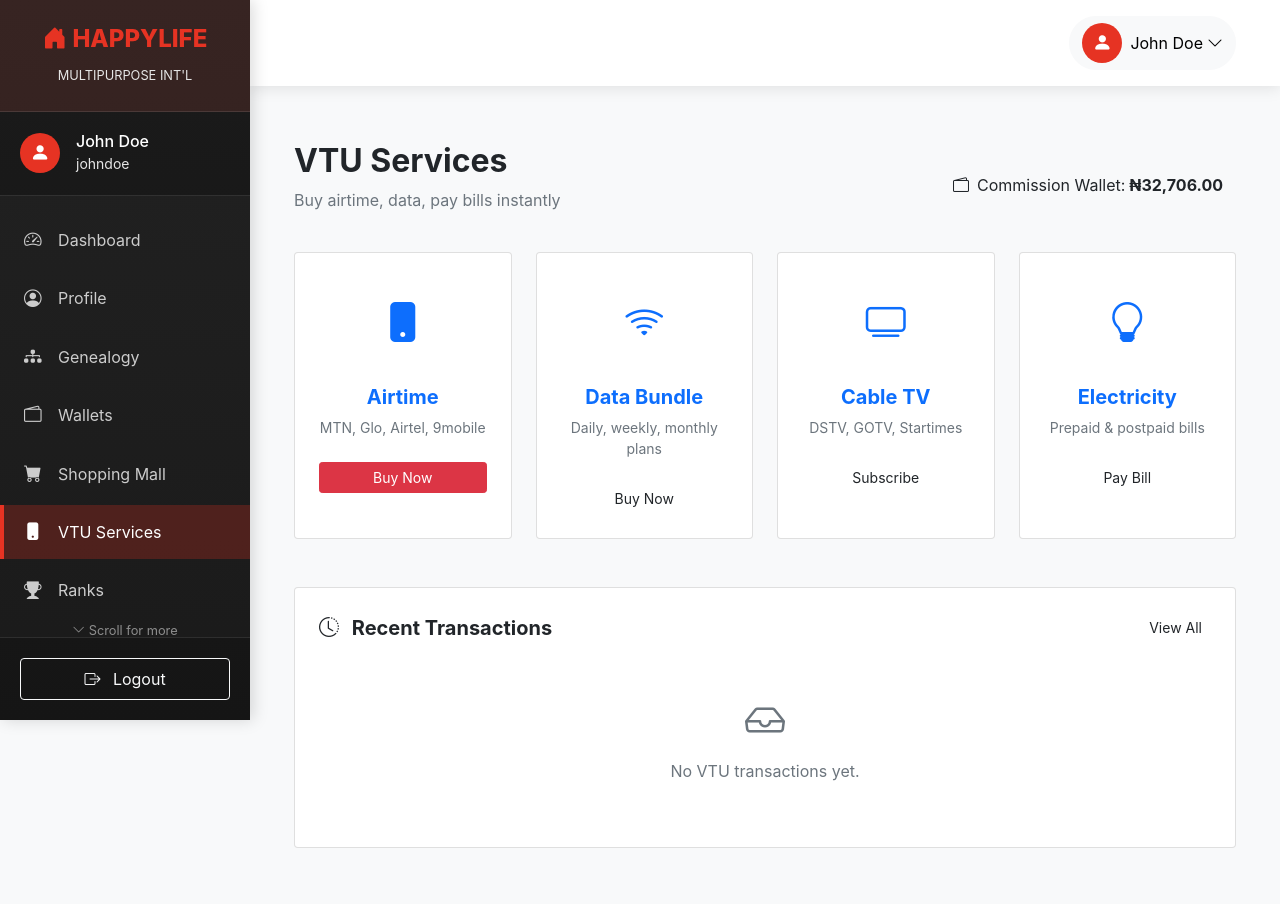
Repository: YackswebCode/happylife
Page: http://localhost/member/vtu
These files come from the project's save history. The page is drawn as it stood at one moment and after the next save; the edit follows.
The browser window is 1280 px wide. The pictures show the whole page.
The page is served by the project's Laravel application, run on PHP 8.4 with Laravel 12. The first stored user is signed in. Other server files are loaded and not shown. The database holds what the project's SQL file puts in it. Queries for data that is not in the repository find no rows.

Above is the page before, as saved 2026-03-04 12:32:31.

### routes/web.php
<?php

use Illuminate\Support\Facades\Route;
use App\Http\Controllers\LandingController;
use App\Http\Controllers\Auth\RegisterController;
use App\Http\Controllers\Auth\LoginController;
use App\Http\Controllers\Auth\VerifyController;
use App\Http\Controllers\Auth\PaymentController;
use App\Http\Controllers\Member\GenealogyController;
use App\Http\Controllers\Member\WalletController;
use App\Http\Controllers\Auth\ForgotPasswordController;
use App\Http\Controllers\LocationController;
use App\Http\Controllers\ReferralController;
use App\Http\Controllers\Member\SupportController;
use App\Http\Controllers\Member\AnnouncementController;


/*
|--------------------------------------------------------------------------
| LANDING PAGES
|--------------------------------------------------------------------------
*/
Route::get('/', [LandingController::class, 'index'])->name('home');
Route::get('/about', [LandingController::class, 'about'])->name('about');
Route::get('/contact', [LandingController::class, 'contact'])->name('contact');
Route::get('/faq', [LandingController::class, 'faq'])->name('faq');

/*
|--------------------------------------------------------------------------
| AUTHENTICATION
|--------------------------------------------------------------------------
*/
Route::get('/register', [RegisterController::class, 'showRegistrationForm'])->name('register');
Route::post('/register', [RegisterController::class, 'register'])->name('register.post');
Route::get('/check-username/{username}', [RegisterController::class, 'checkUsername']);
Route::get('/check-referral/{code}', [RegisterController::class, 'checkReferralCode']);

Route::get('/login', [LoginController::class, 'showLoginForm'])->name('login');
Route::post('/login', [LoginController::class, 'login'])->name('login.post');
Route::post('/logout', [LoginController::class, 'logout'])->name('logout');

/*
|--------------------------------------------------------------------------
| EMAIL VERIFICATION
|--------------------------------------------------------------------------
*/
Route::get('/email/verify', [VerifyController::class, 'showVerifyForm'])->name('verification.notice');
Route::post('/email/verify', [VerifyController::class, 'verify'])->name('verification.verify');
Route::post('/email/verify/resend', [VerifyController::class, 'resend'])->name('verification.resend');

/*
|--------------------------------------------------------------------------
| PAYMENT (AFTER AUTH + VERIFICATION)
|--------------------------------------------------------------------------
*/
Route::middleware(['auth', 'verified'])->group(function () {
    Route::get('/payment', [PaymentController::class, 'showPayment'])->name('payment.show');
    Route::post('/payment/bank-transfer', [PaymentController::class, 'processBankTransfer'])->name('payment.bank-transfer');
    Route::post('/payment/activate', [PaymentController::class, 'activateUser'])->name('payment.activate');
});

/*
|--------------------------------------------------------------------------
| REDIRECT DASHBOARD
|--------------------------------------------------------------------------
*/
Route::middleware(['auth', 'verified'])->get('/dashboard', function () {
    return redirect()->route('member.dashboard');
});

/*
|--------------------------------------------------------------------------
| MEMBER ROUTES
|--------------------------------------------------------------------------
*/
Route::prefix('member')->name('member.')->middleware(['auth', 'verified'])->group(function () {
    // Genealogy
    Route::get('/genealogy', [GenealogyController::class, 'index'])->name('genealogy.index');
});

/*
|--------------------------------------------------------------------------
| MEMBER WALLET ROUTES
|--------------------------------------------------------------------------
*/
Route::middleware(['auth', 'verified'])
    ->prefix('wallet')
    ->name('member.wallet.')
    ->group(function () {

        // Dashboard
        Route::get('/', [WalletController::class, 'index'])->name('index');

        // Wallet Sections
        Route::get('commission', [WalletController::class, 'commission'])->name('commission');
        Route::get('shopping', [WalletController::class, 'shopping'])->name('shopping');
        Route::get('transactions', [WalletController::class, 'transactions'])->name('transactions');
        Route::get('funding', [WalletController::class, 'funding'])->name('funding');

        // ✅ PAYMENT INIT – still needed to redirect to gateway
        Route::post('paystack/init', [WalletController::class, 'initPaystack'])->name('paystack.init');
        Route::post('flutterwave/init', [WalletController::class, 'initFlutterwave'])->name('flutterwave.init');

        // ✅ NEW – process successful payment via AJAX (no gateway verification)
        Route::post('payment/success', [WalletController::class, 'paymentSuccess'])->name('payment.success');

        // ✅ Manual Bank Transfer
        Route::post('request', [WalletController::class, 'requestFunding'])->name('request');

        // ❌ VERIFY ROUTES REMOVED – no longer needed
        // Route::get('paystack/verify', ...) – DELETED
        // Route::get('flutterwave/verify', ...) – DELETED
    });

 Route::get('/shopping/receipt/{order}', [App\Http\Controllers\Member\ShoppingController::class, 'receipt'])
    ->name('member.shopping.receipt')
    ->middleware('auth');


    // Password Reset (Custom 6-digit code flow)
Route::get('forgot-password', [ForgotPasswordController::class, 'showForgotForm'])->name('password.request');
Route::post('forgot-password', [ForgotPasswordController::class, 'sendResetCode'])->name('password.email');

Route::get('verify-reset-code', [ForgotPasswordController::class, 'showVerifyCodeForm'])->name('password.verify.code');
Route::post('verify-reset-code', [ForgotPasswordController::class, 'verifyCode'])->name('password.verify.code.submit');

Route::get('reset-password', [ForgotPasswordController::class, 'showResetForm'])->name('password.reset.form');
Route::post('reset-password', [ForgotPasswordController::class, 'resetPassword'])->name('password.reset.submit');

Route::post('forgot-password/resend', [ForgotPasswordController::class, 'resendResetCode'])
    ->name('password.resend');



Route::get('/states/{country}', [LocationController::class, 'getStates']);
Route::get('/pickup-centers/{state}', [LocationController::class, 'getPickupCenters']);
Route::get('/check-referral/{code}', [ReferralController::class, 'check']);

Route::get('/matching-bonus', [App\Http\Controllers\Member\MatchingController::class, 'index'])
    ->name('member.matching.index');


Route::middleware(['auth'])->prefix('member')->name('member.')->group(function () {

    Route::get('/support', [SupportController::class, 'index'])
        ->name('support.index');

    Route::get('/announcements', [AnnouncementController::class, 'index'])
        ->name('announcements.index');

});
Route::get('/member/profile/states/{country}',
    [App\Http\Controllers\Member\ProfileController::class, 'getStates']
)->name('member.profile.states');
/*
|--------------------------------------------------------------------------
| EXTERNAL ROUTE FILES
|--------------------------------------------------------------------------
*/
require __DIR__ . '/member.php';
require __DIR__ . '/admin.php';

### app/Models/VTUTransaction.php
<?php

namespace App\Models;

use Illuminate\Database\Eloquent\Factories\HasFactory;
use Illuminate\Database\Eloquent\Model;

class VtuTransaction extends Model
{
    use HasFactory;

    protected $fillable = [
        'user_id',
        'service_type',
        'provider_id',
        'plan_id',
        'phone',
        'smart_card',
        'meter_number',
        'amount',
        'status',
        'reference',
        'description',
        'api_response',   // ✅ ensure this is fillable
    ];

    protected $casts = [
        'api_response' => 'array',   // ✅ this automatically converts array to JSON
        'amount' => 'decimal:2',
    ];

    // Relationships (if any) ...
    public function user() { return $this->belongsTo(User::class); }
    public function provider() { return $this->belongsTo(VtuProvider::class, 'provider_id'); }
    public function plan() { return $this->belongsTo(VtuPlan::class, 'plan_id'); }
}

### resources/views/member/vtu/index.blade.php
@extends('layouts.member')

@section('title', 'VTU Services - Happylife')

@section('content')
<div class="container-fluid py-4">
    <!-- Header with wallet balance -->
    <div class="d-flex flex-wrap justify-content-between align-items-center mb-4">
        <div>
            <h1 class="h2 fw-bold text-happylife-dark">VTU Services</h1>
            <p class="text-secondary">Buy airtime, data, pay bills instantly</p>
        </div>
        <a href="{{ route('member.wallet.commission') }}" class="btn btn-outline-happylife-teal d-flex align-items-center">
            <i class="bi bi-wallet2 me-2"></i> Commission Wallet:
            <span class="fw-bold ms-1">₦{{ number_format(auth()->user()->commission_wallet_balance ?? 0, 2) }}</span>
        </a>
    </div>

    <!-- Service Cards Grid -->
    <div class="row g-4 mb-5">
        <div class="col-md-6 col-lg-3">
            <a href="{{ route('member.vtu.airtime') }}" class="text-decoration-none">
                <div class="card product-card h-100 p-4 text-center">
                    <div class="bg-happylife-red bg-opacity-10 rounded-circle d-inline-flex p-3 mx-auto mb-3">
                        <i class="bi bi-phone-fill fs-1 text-happylife-red"></i>
                    </div>
                    <h5 class="fw-bold text-happylife-dark">Airtime</h5>
                    <p class="text-secondary small">MTN, Glo, Airtel, 9mobile</p>
                    <span class="btn btn-sm btn-danger mt-2">Buy Now</span>
                </div>
            </a>
        </div>
        <div class="col-md-6 col-lg-3">
            <a href="{{ route('member.vtu.data') }}" class="text-decoration-none">
                <div class="card product-card h-100 p-4 text-center">
                    <div class="bg-happylife-teal bg-opacity-10 rounded-circle d-inline-flex p-3 mx-auto mb-3">
                        <i class="bi bi-wifi fs-1 text-happylife-teal"></i>
                    </div>
                    <h5 class="fw-bold text-happylife-dark">Data Bundle</h5>
                    <p class="text-secondary small">Daily, weekly, monthly plans</p>
                    <span class="btn btn-sm btn-happylife-teal mt-2">Buy Now</span>
                </div>
            </a>
        </div>
        <div class="col-md-6 col-lg-3">
            <a href="{{ route('member.vtu.cable') }}" class="text-decoration-none">
                <div class="card product-card h-100 p-4 text-center">
                    <div class="bg-happylife-cyan bg-opacity-10 rounded-circle d-inline-flex p-3 mx-auto mb-3">
                        <i class="bi bi-tv fs-1 text-happylife-cyan"></i>
                    </div>
                    <h5 class="fw-bold text-happylife-dark">Cable TV</h5>
                    <p class="text-secondary small">DSTV, GOTV, Startimes</p>
                    <span class="btn btn-sm btn-happylife-cyan mt-2">Subscribe</span>
                </div>
            </a>
        </div>
        <div class="col-md-6 col-lg-3">
            <a href="{{ route('member.vtu.electricity') }}" class="text-decoration-none">
                <div class="card product-card h-100 p-4 text-center">
                    <div class="bg-happylife-dark bg-opacity-10 rounded-circle d-inline-flex p-3 mx-auto mb-3">
                        <i class="bi bi-lightbulb fs-1 text-happylife-dark"></i>
                    </div>
                    <h5 class="fw-bold text-happylife-dark">Electricity</h5>
                    <p class="text-secondary small">Prepaid & postpaid bills</p>
                    <span class="btn btn-sm btn-happylife-dark mt-2">Pay Bill</span>
                </div>
            </a>
        </div>
    </div>

    <!-- Recent VTU Transactions -->
    <div class="row">
        <div class="col-12">
            <div class="card product-card p-4">
                <div class="d-flex justify-content-between align-items-center mb-4">
                    <h5 class="fw-bold text-happylife-dark mb-0">
                        <i class="bi bi-clock-history me-2"></i> Recent Transactions
                    </h5>
                    <a href="#" class="btn btn-sm btn-outline-happylife-teal">View All</a>
                </div>
                @if(isset($recentTransactions) && $recentTransactions->count())
                    <div class="table-responsive">
                        <table class="table table-hover align-middle">
                            <thead class="bg-light">
                                <tr>
                                    <th>Service</th>
                                    <th>Details</th>
                                    <th>Amount</th>
                                    <th>Status</th>
                                    <th>Date</th>
                                </tr>
                            </thead>
                            <tbody>
                                @foreach($recentTransactions as $tx)
                                    <tr>
                                        <td>
                                            <span class="badge bg-happylife-teal">{{ $tx->service_type }}</span>
                                        </td>
                                        <td>{{ $tx->description }}</td>
                                        <td class="fw-bold text-happylife-red">₦{{ number_format($tx->amount, 2) }}</td>
                                        <td>
                                            @if($tx->status == 'success')
                                                <span class="badge bg-success">Success</span>
                                            @elseif($tx->status == 'pending')
                                                <span class="badge bg-warning text-dark">Pending</span>
                                            @else
                                                <span class="badge bg-danger">Failed</span>
                                            @endif
                                        </td>
                                        <td><small>{{ $tx->created_at->format('M d, h:i A') }}</small></td>
                                    </tr>
                                @endforeach
                            </tbody>
                        </table>
                    </div>
                @else
                    <div class="text-center py-4 text-secondary">
                        <i class="bi bi-inbox fs-1 d-block mb-2"></i>
                        <p>No VTU transactions yet.</p>
                    </div>
                @endif
            </div>
        </div>
    </div>
</div>
@endsection

### sql/happylife.sql (the tables this page reads)
CREATE TABLE `users` (
  `id` bigint(20) UNSIGNED NOT NULL,
  `name` varchar(255) NOT NULL,
  `email` varchar(255) NOT NULL,
  `email_verified_at` timestamp NULL DEFAULT NULL,
  `username` varchar(255) NOT NULL,
  `phone` varchar(255) DEFAULT NULL,
  `address` text DEFAULT NULL,
  `password` varchar(255) NOT NULL,
  `sponsor_id` varchar(255) DEFAULT NULL,
  `placement_id` varchar(255) DEFAULT NULL,
  `placement_position` varchar(255) DEFAULT NULL,
  `package_id` bigint(20) UNSIGNED DEFAULT NULL,
  `country` varchar(255) DEFAULT NULL,
  `state` varchar(255) DEFAULT NULL,
  `product_id` bigint(20) UNSIGNED DEFAULT NULL,
  `pickup_center_id` bigint(20) UNSIGNED DEFAULT NULL,
  `rank_id` bigint(20) UNSIGNED DEFAULT NULL,
  `left_count` int(11) NOT NULL DEFAULT 0,
  `right_count` int(11) NOT NULL DEFAULT 0,
  `total_pv` decimal(12,2) NOT NULL DEFAULT 0.00,
  `current_pv` decimal(12,2) NOT NULL DEFAULT 0.00,
  `status` varchar(255) NOT NULL DEFAULT 'active',
  `registration_date` timestamp NULL DEFAULT NULL,
  `role` enum('admin','company','member') NOT NULL DEFAULT 'member',
  `remember_token` varchar(100) DEFAULT NULL,
  `verification_code` varchar(10) DEFAULT NULL,
  `created_at` timestamp NULL DEFAULT NULL,
  `updated_at` timestamp NULL DEFAULT NULL,
  `referral_code` varchar(255) DEFAULT NULL,
  `payment_status` varchar(20) NOT NULL DEFAULT 'pending',
  `activated_at` timestamp NULL DEFAULT NULL,
  `commission_wallet_balance` decimal(12,2) DEFAULT 0.00,
  `registration_wallet_balance` decimal(12,2) DEFAULT 0.00,
  `rank_wallet_balance` decimal(12,2) DEFAULT 0.00,
  `shopping_wallet_balance` decimal(12,2) DEFAULT 0.00,
  `left_pv` decimal(12,2) NOT NULL DEFAULT 0.00,
  `right_pv` decimal(12,2) NOT NULL DEFAULT 0.00,
  `direct_bonus_total` decimal(12,2) DEFAULT 0.00,
  `indirect_level_2_bonus_total` decimal(12,2) DEFAULT 0.00,
  `indirect_level_3_bonus_total` decimal(12,2) DEFAULT 0.00,
  `matching_pv_bonus_total` decimal(12,2) DEFAULT 0.00,
  `paid_matching_pv` decimal(12,2) NOT NULL DEFAULT 0.00,
  `rank_bonus_total` decimal(12,2) DEFAULT 0.00,
  `repurchase_bonus_total` decimal(12,2) DEFAULT 0.00,
  `lifestyle_bonus_total` decimal(12,2) DEFAULT 0.00,
  `direct_sponsors_count` int(11) DEFAULT 0,
  `upgrade_bonus_total` decimal(12,2) NOT NULL DEFAULT 0.00
) ENGINE=InnoDB DEFAULT CHARSET=utf8mb4 COLLATE=utf8mb4_unicode_ci;

INSERT INTO `users` (`id`, `name`, `email`, `email_verified_at`, `username`, `phone`, `address`, `password`, `sponsor_id`, `placement_id`, `placement_position`, `package_id`, `country`, `state`, `product_id`, `pickup_center_id`, `rank_id`, `left_count`, `right_count`, `total_pv`, `current_pv`, `status`, `registration_date`, `role`, `remember_token`, `verification_code`, `created_at`, `updated_at`, `referral_code`, `payment_status`, `activated_at`, `commission_wallet_balance`, `registration_wallet_balance`, `rank_wallet_balance`, `shopping_wallet_balance`, `left_pv`, `right_pv`, `direct_bonus_total`, `indirect_level_2_bonus_total`, `indirect_level_3_bonus_total`, `matching_pv_bonus_total`, `paid_matching_pv`, `rank_bonus_total`, `repurchase_bonus_total`, `lifestyle_bonus_total`, `direct_sponsors_count`, `upgrade_bonus_total`) VALUES
(2, 'John Doe', 'john@example.com', '2026-02-10 13:18:14', 'johndoe', '08030000003', 'testing', '$2y$12$54luF8FjQiMF5Z9/x7FbvO0RRZLtmGML4HrhpsoY4o/vycr9W9WRi', '1', '1', NULL, 2, NULL, NULL, 1, 2, 2, 1, 0, 260.00, 260.00, 'active', '2026-02-10 11:51:19', 'member', NULL, NULL, '2026-02-10 11:51:19', '2026-02-21 13:02:52', 'SP12345', 'paid', NULL, 32706.00, 0.00, 0.00, 0.00, 220.00, 40.00, 32500.00, 125.00, 37.50, 4.00, 40.00, 5000.00, 0.00, 0.00, 2, 40.00),
(32, 'Yahaya Ibrahim', 'yahayaibraheem808@gmail.com', '2026-02-21 11:40:09', 'yahayaibrahim', '+234 7084343765', '21 421 Mokwa-bida Road NI Mokwa, Ng\r\nBuilding', '$2y$12$i9XkddAX75gOFwnMPIWsW.28jNLi5/IxSsEAZgi4Reb7uBoG6LQxG', '2', '2', 'left', 4, 'Arewa', 'Niger', 4, 3, 2, 1, 1, 130.00, 130.00, 'active', '2026-02-21 11:39:18', 'member', NULL, NULL, '2026-02-21 11:39:18', '2026-02-21 15:15:13', 'HL7J7TUK', 'paid', '2026-02-21 11:41:08', 6107.50, 0.00, 6000.00, 2000.00, 50.00, 50.00, 5000.00, 62.50, 0.00, 5.00, 50.00, 6000.00, 0.00, 0.00, 4, 40.00),
(33, 'Yahaya Ibrahim', 'yi66130@gmail.com', '2026-02-21 11:43:36', 'yahayaibrahim1', '+2348012345678', NULL, '$2y$12$zW2NanW5WiKjpZX5ILKO1u9Dpnm2VeOijFNCeU5TJCZVS39h95m8i', '32', '32', 'left', 1, 'Arewa', 'Niger', 1, 3, NULL, 0, 0, 10.00, 10.00, 'active', '2026-02-21 11:43:13', 'member', NULL, NULL, '2026-02-21 11:43:13', '2026-02-21 11:43:51', 'HLGFBAHK', 'paid', '2026-02-21 11:43:51', 0.00, 0.00, 0.00, 0.00, 0.00, 0.00, 0.00, 0.00, 0.00, 0.00, 0.00, 0.00, 0.00, 0.00, 0, 0.00),
(34, 'Yahaya Ibrahim', 'khadijat6126@gmail.com', '2026-02-21 11:47:30', 'yahayaibrahim2', '+2348012345677', NULL, '$2y$12$qU/SnLtbB.l6Ek5hRXXC8eGaWP/TC0gFh7pSaoL33XUstLfzbr8JG', '32', '32', 'right', 1, 'Arewa', 'Niger', 1, 3, NULL, 1, 0, 20.00, 20.00, 'active', '2026-02-21 11:47:04', 'member', NULL, NULL, '2026-02-21 11:47:04', '2026-02-21 11:53:11', 'HLY4DBNO', 'paid', '2026-02-21 11:47:44', 2500.00, 0.00, 0.00, 0.00, 10.00, 0.00, 2500.00, 0.00, 0.00, 0.00, 0.00, 0.00, 0.00, 0.00, 2, 0.00),
(35, 'Yahaya Ibrahim', 'yacksweb@mail.com', '2026-02-21 11:52:53', 'yahayaibrahim3', '+2348012345655', NULL, '$2y$12$CNV3Id6rWMjDjLExwPirver7eHzeoebI4Fk.Z27bJAW6oetRC5naO', '34', '34', 'left', 1, 'Arewa', 'Niger', 1, 3, NULL, 0, 0, 10.00, 10.00, 'active', '2026-02-21 11:52:32', 'member', NULL, NULL, '2026-02-21 11:52:32', '2026-02-21 11:53:11', 'HLEYEAYZ', 'paid', '2026-02-21 11:53:11', 0.00, 0.00, 0.00, 0.00, 0.00, 0.00, 0.00, 0.00, 0.00, 0.00, 0.00, 0.00, 0.00, 0.00, 0, 0.00);

ALTER TABLE `users`
  ADD PRIMARY KEY (`id`),
  ADD UNIQUE KEY `users_email_unique` (`email`),
  ADD UNIQUE KEY `users_username_unique` (`username`),
  ADD UNIQUE KEY `users_referral_code_unique` (`referral_code`),
  ADD KEY `users_package_id_foreign` (`package_id`),
  ADD KEY `users_pickup_center_id_foreign` (`pickup_center_id`),
  ADD KEY `users_rank_id_foreign` (`rank_id`),
  ADD KEY `users_product_id_foreign` (`product_id`);

ALTER TABLE `users`
  MODIFY `id` bigint(20) UNSIGNED NOT NULL AUTO_INCREMENT, AUTO_INCREMENT=36;

ALTER TABLE `users`
  ADD CONSTRAINT `users_package_id_foreign` FOREIGN KEY (`package_id`) REFERENCES `packages` (`id`),
  ADD CONSTRAINT `users_pickup_center_id_foreign` FOREIGN KEY (`pickup_center_id`) REFERENCES `pickup_centers` (`id`),
  ADD CONSTRAINT `users_rank_id_foreign` FOREIGN KEY (`rank_id`) REFERENCES `ranks` (`id`);

Loaded but not shown: app/Providers/AppServiceProvider.php (common file); app/Http/Controllers/Controller.php (common file); resources/views/layouts/member.blade.php (814 lines, source omitted); app/Http/Controllers/Member/VTUController.php (394 lines, source omitted); routes/member.php (158 lines, source omitted); app/Models/User.php (322 lines, source omitted); routes/admin.php (no stored copy; drawn as an empty file)

After the next save:
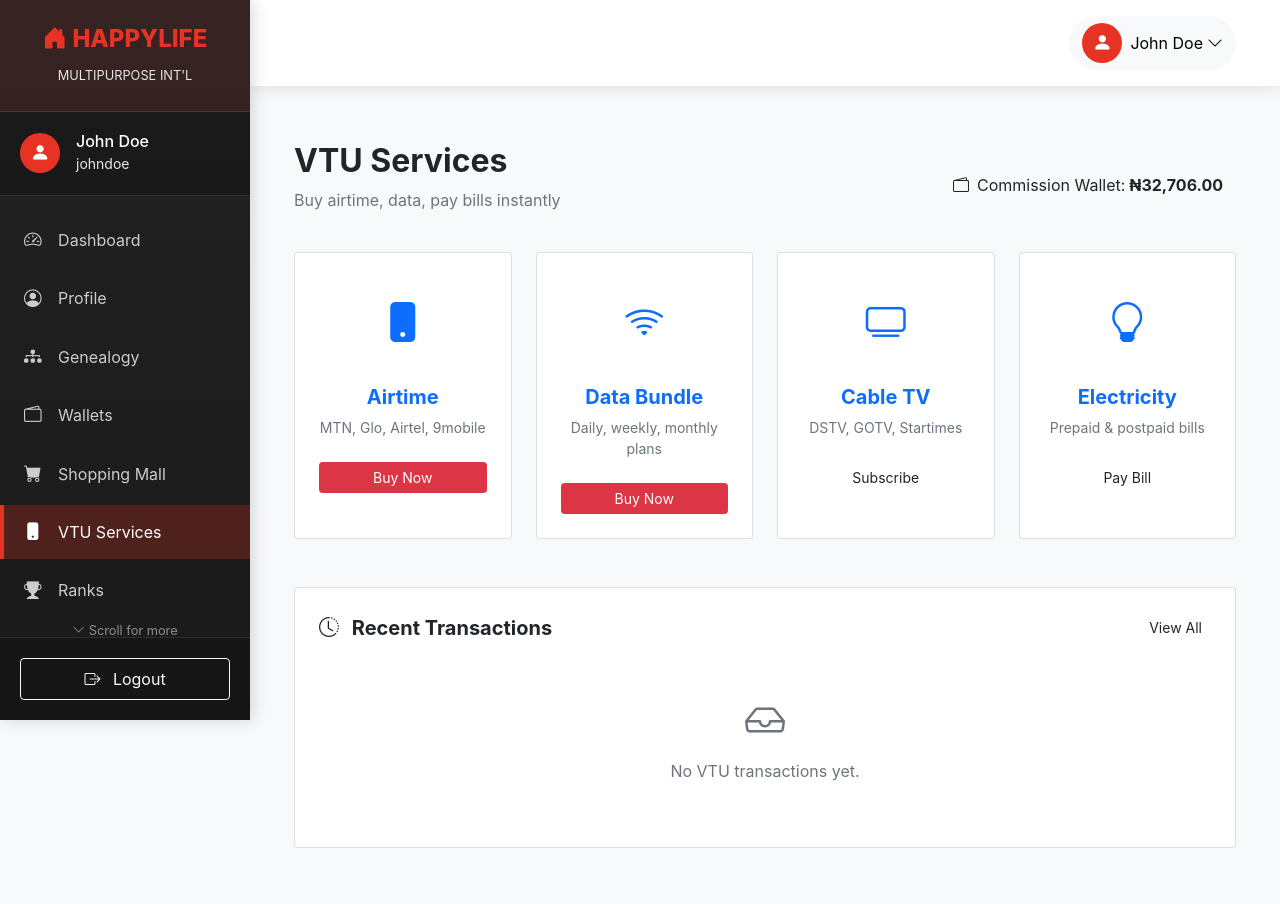
Saved 13 s later.
--- a/resources/views/member/vtu/index.blade.php
+++ b/resources/views/member/vtu/index.blade.php
@@ -38,7 +38,7 @@
                     </div>
                     <h5 class="fw-bold text-happylife-dark">Data Bundle</h5>
                     <p class="text-secondary small">Daily, weekly, monthly plans</p>
-                    <span class="btn btn-sm btn-happylife-teal mt-2">Buy Now</span>
+                    <span class="btn btn-sm btn-danger mt-2">Buy Now</span>
                 </div>
             </a>
         </div>
